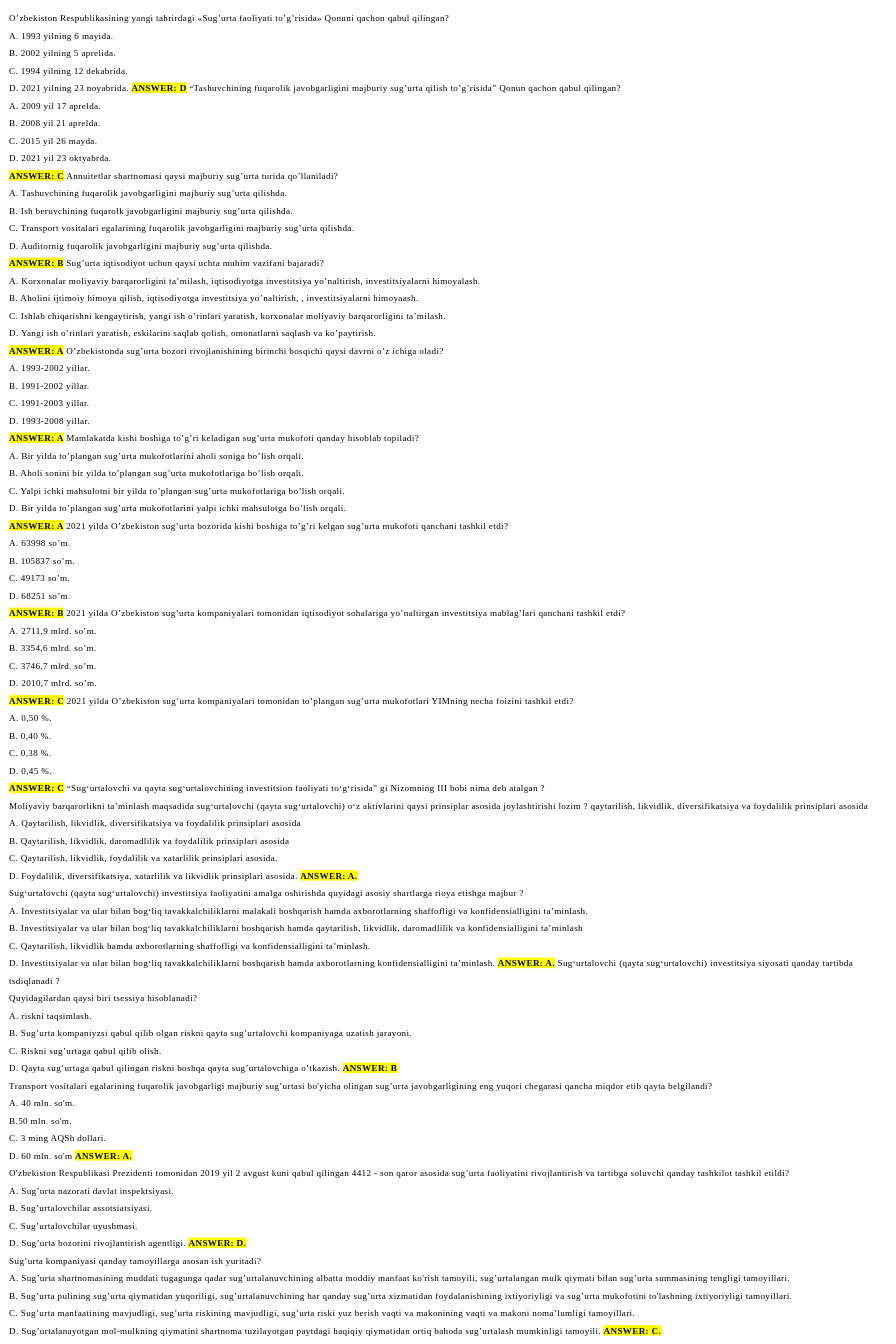
Repository: Ikromkhurozov/tsue-exam-answers
Page: index.html
An editor plug-in stored every save of this project. The page is shown before and after a run of saves, followed by the edit.
The browser window is 1280 px wide. The pictures show the part of the page from y = 0 to 1920 px (the page is 7201 px tall before and 7226 px after), at 70% of full size.

Above is the page before, as saved 2024-01-22 19:27:46.

After the next 2 saves:
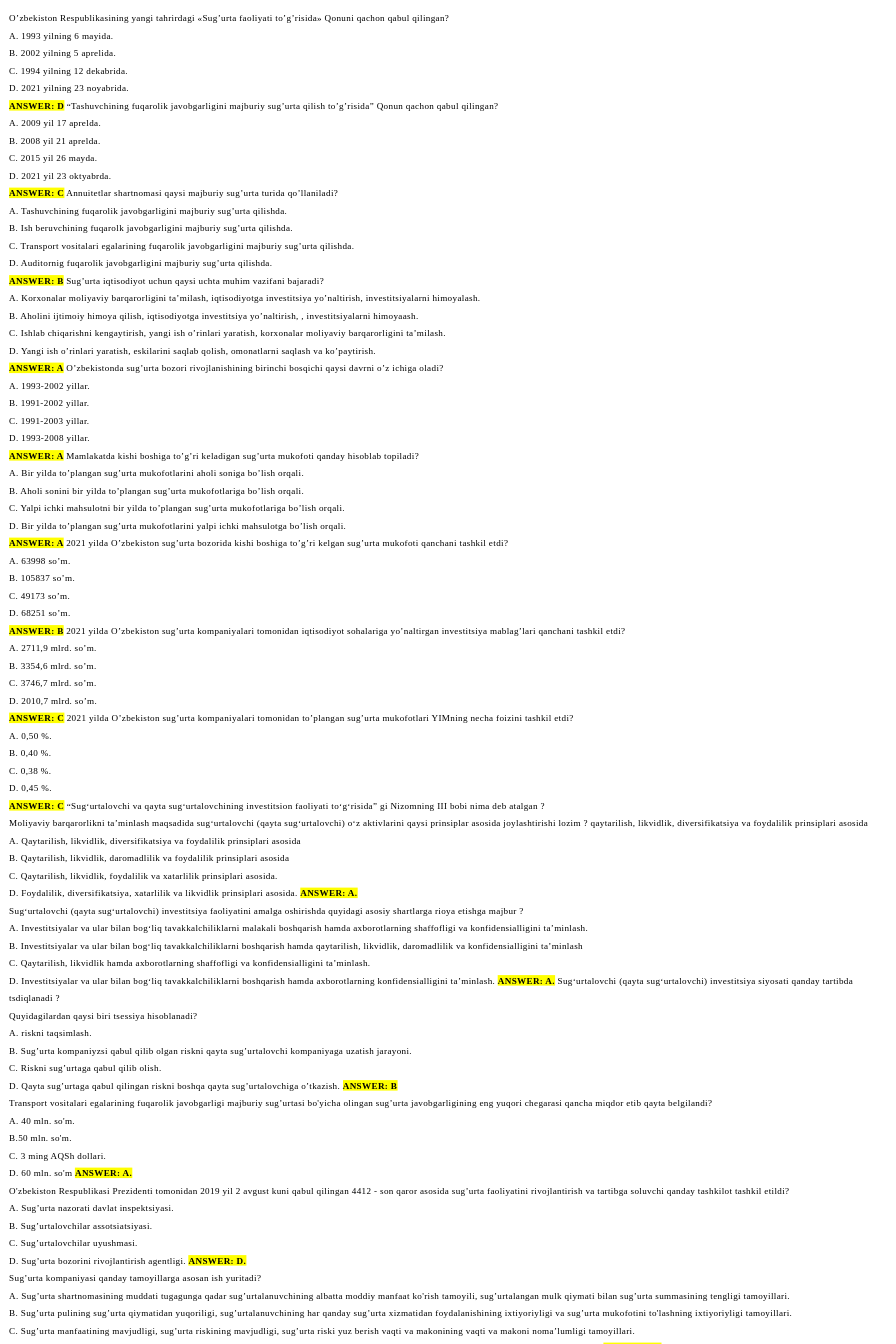
The 2 saves are shown as one change because they came seconds apart.
The last was saved 28 s later.
--- a/index.html
+++ b/index.html
@@ -30,7 +30,7 @@ O’zbekiston Respublikasining yangi tahrirdagi «Sug’urta faoliyati to’g’
  <br> B. 2002 yilning 5 aprelida.
  <br> C. 1994 yilning 12 dekabrida.
  <br> D. 2021 yilning 23 noyabrida.
- <mark>ANSWER: D</mark>
+ <br><mark>ANSWER: D</mark>
 
 “Tashuvchining fuqarolik javobgarligini majburiy sug’urta qilish to’g’risida”
 Qonun qachon qabul qilingan?
